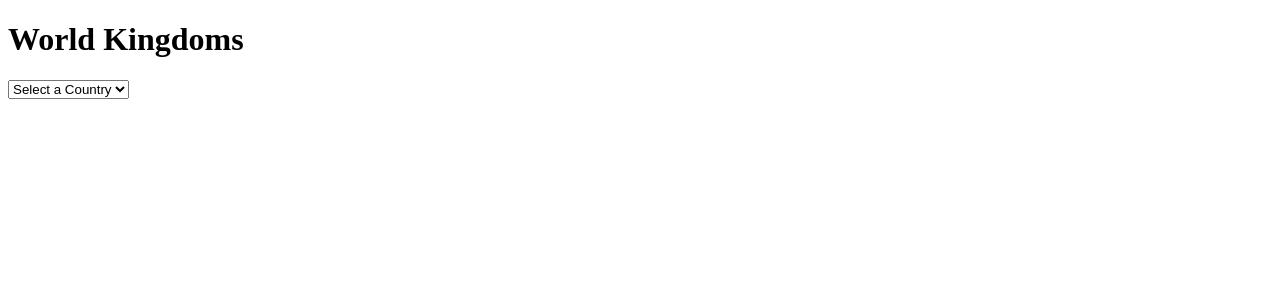
Repository: GavinPahal/Lab12
Page: /
The author's editor kept a copy of each file at every save. The page is drawn from the files as they stood at one save, then again after the next save.
The browser window is 1280 px wide. The pictures show the whole page.
The page's requests for data from a server got no answer. The project was rebuilt for these pictures with package versions that can differ from the ones it lists, and the page was loaded fresh each time. No one was signed in, and anything a server would have sent is missing. Also part of the build but not shown: vite.config.js, src/components/Details.jsx.

Above is the page before, as saved 2024-11-20 17:23:19.

### src/main.jsx
import React from "react";
import ReactDOM from "react-dom/client";
import App from "./App";
import "./app.css";

ReactDOM.createRoot(document.getElementById("root")).render(<App />);

### src/App.jsx
import React from "react";
import { BrowserRouter, Routes, Route } from "react-router-dom";
import Countries from "./components/Countries";
import Details from "./components/Details";

const App = () => (
  <BrowserRouter>
    <Routes>
      <Route path="/" element={<Countries />}>
        <Route path="countries" element={<Countries />} />
        <Route path="countries/:cca2" element={<Details />} />
      </Route>
    </Routes>
  </BrowserRouter>
);

export default App;

### src/components/Countries.jsx
import React, { useState, useEffect } from "react";
import { useNavigate, Outlet } from "react-router-dom";

const Countries = () => {
  const [countries, setCountries] = useState([]);
  const [selectedCountry, setSelectedCountry] = useState("");
  const navigate = useNavigate();

  useEffect(() => {
    fetch("https://restcountries.com/v3.1/name/kingdom")
      .then((response) => response.json())
      .then((data) => setCountries(data))
      .catch((error) => console.error("Error fetching countries:", error));
  }, []);

  const handleSelect = (event) => {
    const selected = countries.find(
      (country) => country.cca2 === event.target.value
    );
    setSelectedCountry(event.target.value);
    if (selected) {
      navigate(`/countries/${selected.cca2}`, { state: { country: selected } });
    }
  };

  return (
    <div>
      <h1>World Kingdoms</h1>
      <select value={selectedCountry} onChange={handleSelect}>
        <option value="">Select a Country</option>
        {countries.map((country) => (
          <option key={country.cca2} value={country.cca2}>
            {country.name.common}
          </option>
        ))}
      </select>
      <Outlet />
    </div>
  );
};

export default Countries;

### src/App.css
/* global.css */

/* Center the content */
.details-container {
  display: flex;
  flex-direction: column;
  align-items: center;  /* Center horizontally */
  justify-content: center;  /* Center vertically */
  min-height: 100vh; /* Ensure full viewport height */
  text-align: center; /* Center the text */
  padding: 1rem;
}

/* Increase the size of the flag and make the text centered */
.flag {
  width: 200px;  /* Make the flag bigger */
  height: auto;
  margin-bottom: 1rem;
}

.country-name {
  font-size: 2rem;
  font-weight: bold;
  margin-bottom: 1rem;
}

.official-name,
.capital,
.location {
  font-size: 1.25rem;
  margin-bottom: 0.75rem;
}

strong {
  font-weight: bold;
}

Loaded but not shown: index.html (common file)

After the next save:
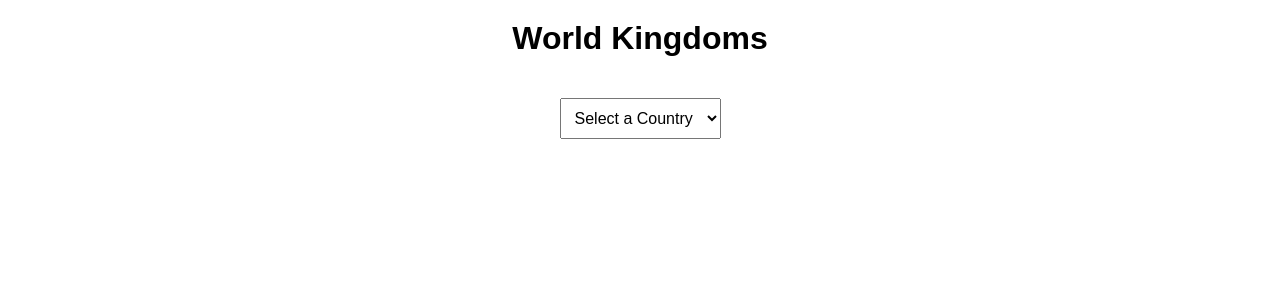
Saved 9 s later.
--- a/src/App.css
+++ b/src/App.css
@@ -1,36 +1,21 @@
-/* global.css */
-
-/* Center the content */
-.details-container {
-  display: flex;
-  flex-direction: column;
-  align-items: center;  /* Center horizontally */
-  justify-content: center;  /* Center vertically */
-  min-height: 100vh; /* Ensure full viewport height */
-  text-align: center; /* Center the text */
-  padding: 1rem;
+body {
+  font-family: Arial, sans-serif;
+  margin: 0;
+  padding: 0;
+  text-align: center;
 }
 
-/* Increase the size of the flag and make the text centered */
-.flag {
-  width: 200px;  /* Make the flag bigger */
-  height: auto;
-  margin-bottom: 1rem;
+h1 {
+  margin-top: 20px;
 }
 
-.country-name {
-  font-size: 2rem;
-  font-weight: bold;
-  margin-bottom: 1rem;
+select {
+  margin: 20px;
+  padding: 10px;
+  font-size: 16px;
 }
 
-.official-name,
-.capital,
-.location {
-  font-size: 1.25rem;
-  margin-bottom: 0.75rem;
+img {
+  margin-top: 20px;
+  border: 1px solid #ccc;
 }
-
-strong {
-  font-weight: bold;
-}
